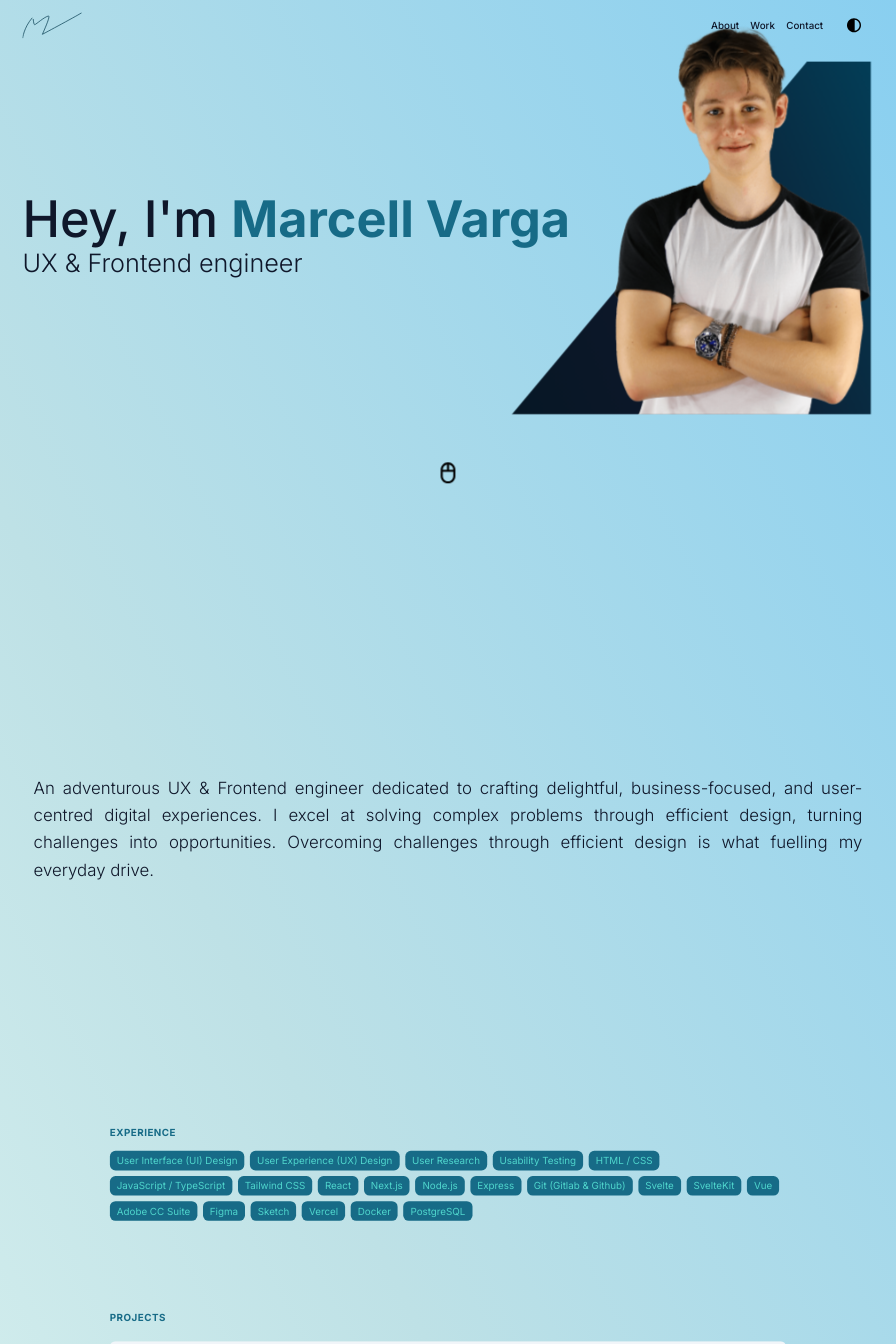
Repository: TheMarcellVarga/personal-portfolio-v.2
Page: /
The author's editor kept a copy of each file at every save. The page is drawn from the files as they stood at one save, then again after a run of saves.
The browser window is 1280 px wide. The pictures show the part of the page from y = 0 to 1920 px (the page is 4294 px tall), at 70% of full size.
The project was rebuilt for these pictures with package versions that can differ from the ones it lists, and the page was loaded fresh each time. The framework's server and built-in components were replaced by stand-ins that run in the browser. Also part of the build but not shown: next.config.mjs.

Above is the page before, as saved 2024-07-19 00:28:17.

After the next 3 saves:
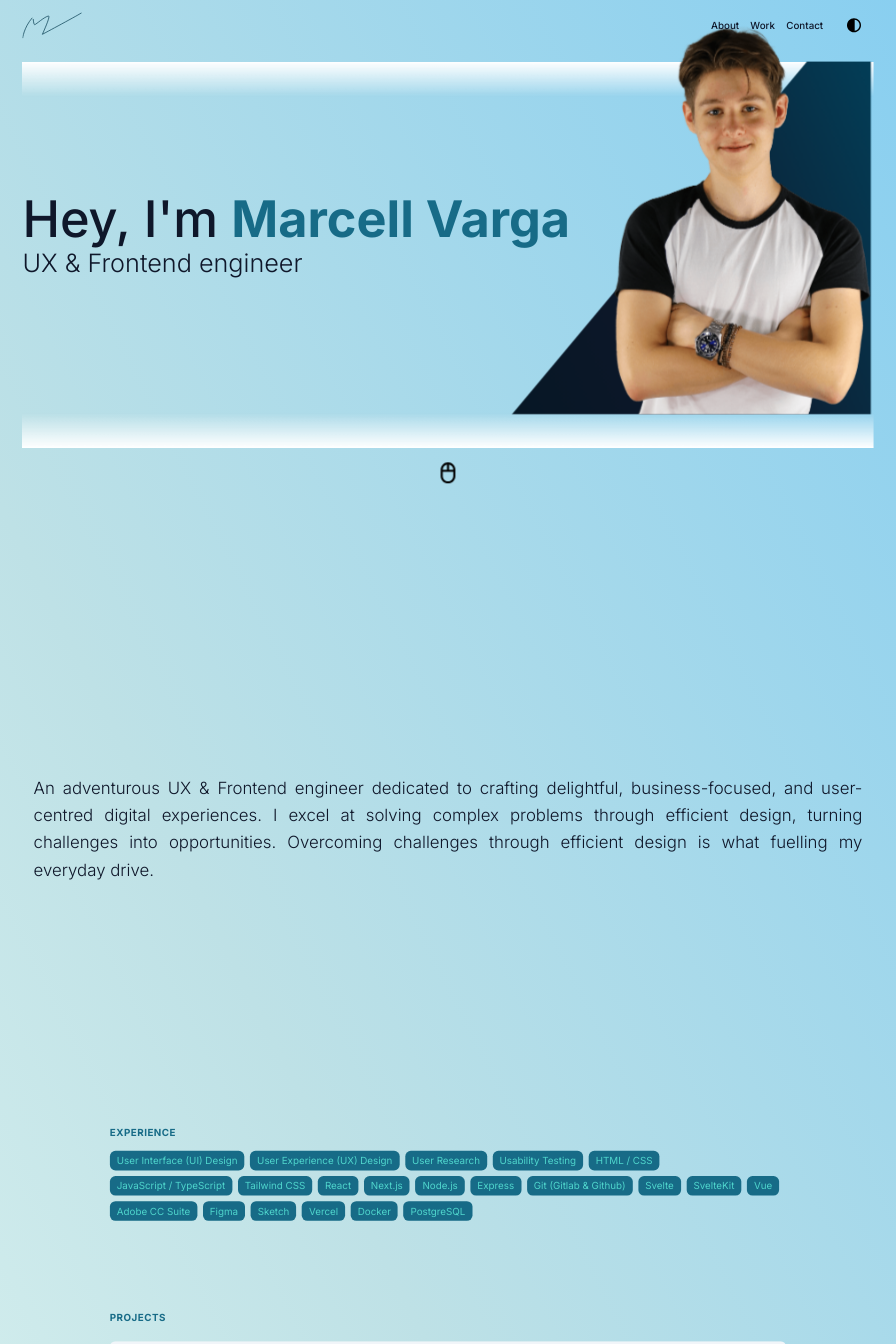
The 3 saves are shown as one change because 2 did not build or start.
The last was saved 25 s later.
--- a/app/globals.css
+++ b/app/globals.css
@@ -286,16 +286,27 @@
   fill: #F8F8F8;
 }
 
-/* Light mode */
-.fade-top-bottom.light-mode::before,
-.fade-top-bottom.light-mode::after {
-  background: linear-gradient(to bottom, #ffffff, transparent),
-              linear-gradient(to top, #ffffff, transparent);
-}
-
-/* Dark mode */
-.fade-top-bottom.dark-mode::before,
-.fade-top-bottom.dark-mode::after {
-  background: linear-gradient(to bottom, #000000, transparent),
-              linear-gradient(to top, #000000, transparent);
-}
+/* Assuming the class name of the parent container is 'fade-top-bottom' */
+.fade-top-bottom {
+  position: relative;
+}
+
+.fade-top-bottom::before,
+.fade-top-bottom::after {
+  content: '';
+  position: absolute;
+  left: 0;
+  width: 100%;
+  height: 50px; /* Adjust based on how much fade you want */
+  z-index: 1;
+}
+
+.fade-top-bottom::before {
+  top: 0;
+  background: linear-gradient(to bottom, rgba(255, 255, 255, 1), rgba(255, 255, 255, 0));
+}
+
+.fade-top-bottom::after {
+  bottom: 0;
+  background: linear-gradient(to top, rgba(255, 255, 255, 1), rgba(255, 255, 255, 0));
+}

After the 6 saves that followed:
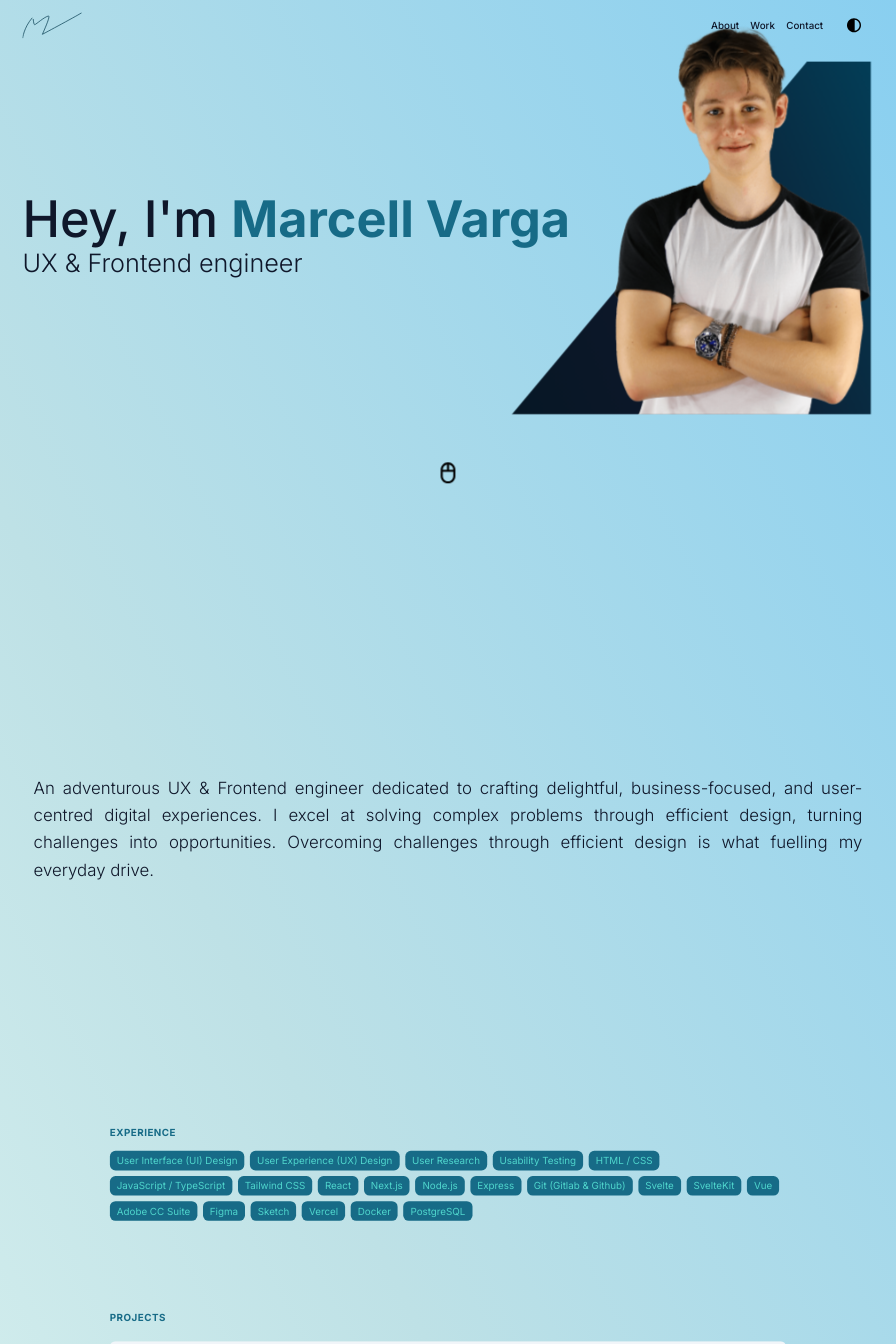
The 6 saves are shown as one change because 3 left the picture as it was and some came seconds apart.
The last was saved 43 s later.
--- a/app/globals.css
+++ b/app/globals.css
@@ -285,28 +285,3 @@
 .light-mode .triangle-bg-svg path:first-child {
   fill: #F8F8F8;
 }
-
-/* Assuming the class name of the parent container is 'fade-top-bottom' */
-.fade-top-bottom {
-  position: relative;
-}
-
-.fade-top-bottom::before,
-.fade-top-bottom::after {
-  content: '';
-  position: absolute;
-  left: 0;
-  width: 100%;
-  height: 50px; /* Adjust based on how much fade you want */
-  z-index: 1;
-}
-
-.fade-top-bottom::before {
-  top: 0;
-  background: linear-gradient(to bottom, rgba(255, 255, 255, 1), rgba(255, 255, 255, 0));
-}
-
-.fade-top-bottom::after {
-  bottom: 0;
-  background: linear-gradient(to top, rgba(255, 255, 255, 1), rgba(255, 255, 255, 0));
-}
